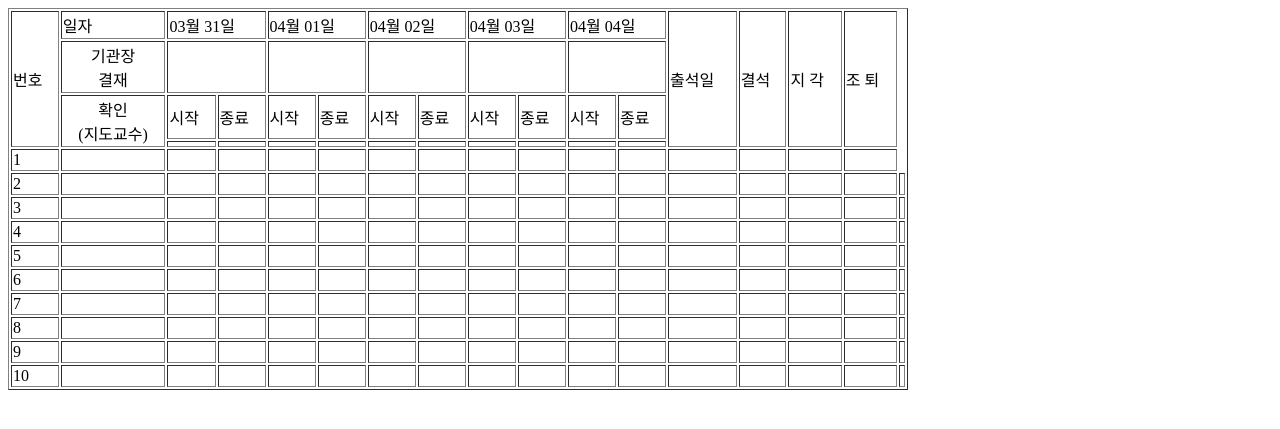
Repository: Hswwwww/WEB
Page: ClientTest/src/main/webapp/html/Q011.html
An editor plug-in stored every save of this project. The page is shown before and after the next save, followed by the edit.
The browser window is 1280 px wide. The pictures show the whole page.

Above is the page before, as saved 2024-03-13 08:30:04.

### ClientTest/src/main/webapp/html/Q011.html
<!DOCTYPE html>
<html>
<head>
<meta charset="UTF-8">
<title>Insert title here</title>
</head>
<body>
	<table border = "1" width = "900">
	<tr>
		<td rowspan = "4"> 번호</td>
		<td colspan >일자</td>
		<td colspan = "2">03월 31일</td>

		<td colspan = "2">04월 01일</td>

		<td colspan = "2">04월 02일</td>

		<td colspan = "2">04월 03일</td>

		<td colspan = "2">04월 04일</td>

		<td rowspan = "4">출석일</td>
		<td rowspan = "4">결석 </td>
		<td rowspan = "4">지 각</td>
		<td rowspan = "4">조 퇴</td>
	</tr>
		<tr>




		<td align = "center">기관장 <br> 결재 </td>
		<td colspan ="2">&nbsp;</td>
		<td colspan ="2">&nbsp;</td>
		<td colspan ="2">&nbsp;</td>
		<td colspan ="2">&nbsp;</td>
		<td colspan ="2">&nbsp;</td>

	</tr>
		<tr>



		<td rowspan = "2" align = "center">확인 <br> (지도교수) </td>
		<td>시작</td>
		<td>종료</td>
		<td>시작</td>
		<td>종료</td>
		<td>시작</td>
		<td>종료</td>
		<td>시작</td>
		<td>종료</td>
		<td>시작</td>
		<td>종료</td>
	</tr>

		<tr>





		<td></td>
		<td></td>
		<td></td>
		<td></td>
		<td></td>
		<td></td>
		<td></td>
		<td></td>
		<td></td>
		<td></td>
	</tr>
		<tr>

		<td>1</td>
		<td></td>
		<td></td>
		<td></td>
		<td></td>
		<td></td>
		<td></td>
		<td></td>
		<td></td>
		<td></td>
		<td></td>
		<td></td>
		<td></td>
		<td></td>
		<td></td>
		<td></td>
	</tr>
		<tr>
		<td>2</td>
		<td></td>
		<td></td>
		<td></td>
		<td></td>
		<td></td>
		<td></td>
		<td></td>
		<td></td>
		<td></td>
		<td></td>
		<td></td>
		<td></td>
		<td></td>
		<td></td>
		<td></td>
		<td></td>
	</tr>
		<tr>
		<td>3</td>
		<td></td>
		<td></td>
		<td></td>
		<td></td>
		<td></td>
		<td></td>
		<td></td>
		<td></td>
		<td></td>
		<td></td>
		<td></td>
		<td></td>
		<td></td>
		<td></td>
		<td></td>
		<td></td>
	</tr>
		<tr>
		<td>4</td>
		<td></td>
		<td></td>
		<td></td>
		<td></td>
		<td></td>
		<td></td>
		<td></td>
		<td></td>
		<td></td>
		<td></td>
		<td></td>
		<td></td>
		<td></td>
		<td></td>
		<td></td>
		<td></td>
	</tr>
		<tr>
		<td>5</td>
		<td></td>
		<td></td>
		<td></td>
		<td></td>
		<td></td>
		<td></td>
		<td></td>
		<td></td>
		<td></td>
		<td></td>
		<td></td>
		<td></td>
		<td></td>
		<td></td>
		<td></td>
		<td></td>
	</tr>
		<tr>
		<td>6</td>
		<td></td>
		<td></td>
		<td></td>
		<td></td>
		<td></td>
		<td></td>
		<td></td>
		<td></td>
		<td></td>
		<td></td>
		<td></td>
		<td></td>
		<td></td>
		<td></td>
		<td></td>
		<td></td>
	</tr>
		<tr>
		<td>7</td>
		<td></td>
		<td></td>
		<td></td>
		<td></td>
		<td></td>
		<td></td>
		<td></td>
		<td></td>
		<td></td>
		<td></td>
		<td></td>
		<td></td>
		<td></td>
		<td></td>
		<td></td>
		<td></td>
	</tr>
		<tr>
		<td>8</td>
		<td></td>
		<td></td>
		<td></td>
		<td></td>
		<td></td>
		<td></td>
		<td></td>
		<td></td>
		<td></td>
		<td></td>
		<td></td>
		<td></td>
		<td></td>
		<td></td>
		<td></td>
		<td></td>
	</tr>
		<tr>
		<td>9</td>
		<td></td>
		<td></td>
		<td></td>
		<td></td>
		<td></td>
		<td></td>
		<td></td>
		<td></td>
		<td></td>
		<td></td>
		<td></td>
		<td></td>
		<td></td>
		<td></td>
		<td></td>
		<td></td>
	</tr>
		<tr>
		<td>10</td>
		<td></td>
		<td></td>
		<td></td>
		<td></td>
		<td></td>
		<td></td>
		<td></td>
		<td></td>
		<td></td>
		<td></td>
		<td></td>
		<td></td>
		<td></td>
		<td></td>
		<td></td>
		<td></td>
	</tr>


	</table>
</body>
</html>

After the next save:
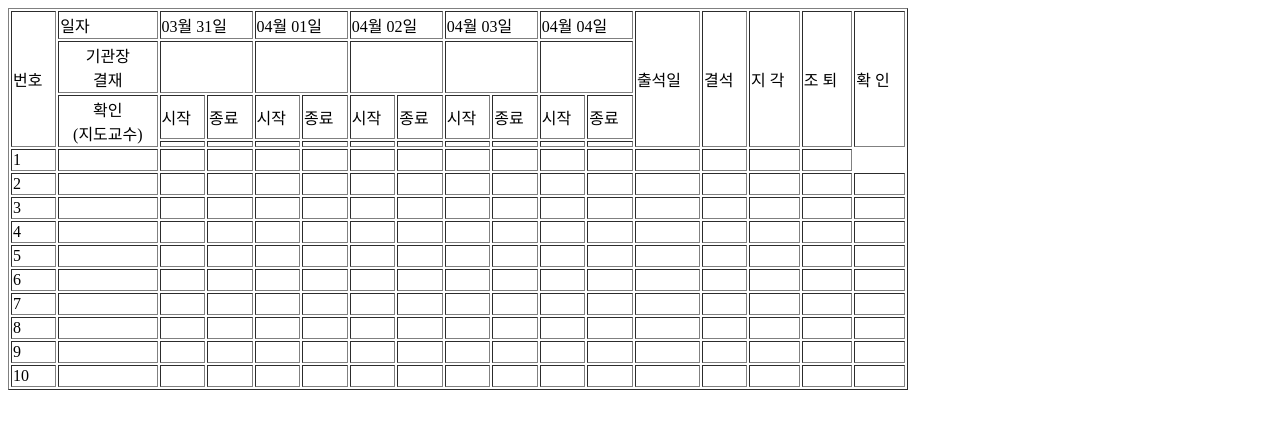
Saved 31 s later.
--- a/ClientTest/src/main/webapp/html/Q011.html
+++ b/ClientTest/src/main/webapp/html/Q011.html
@@ -23,6 +23,7 @@
 		<td rowspan = "4">결석 </td>
 		<td rowspan = "4">지 각</td>
 		<td rowspan = "4">조 퇴</td>
+		<td rowspan = "4">확 인 </td>
 	</tr>
 		<tr>
 

After the save that followed:
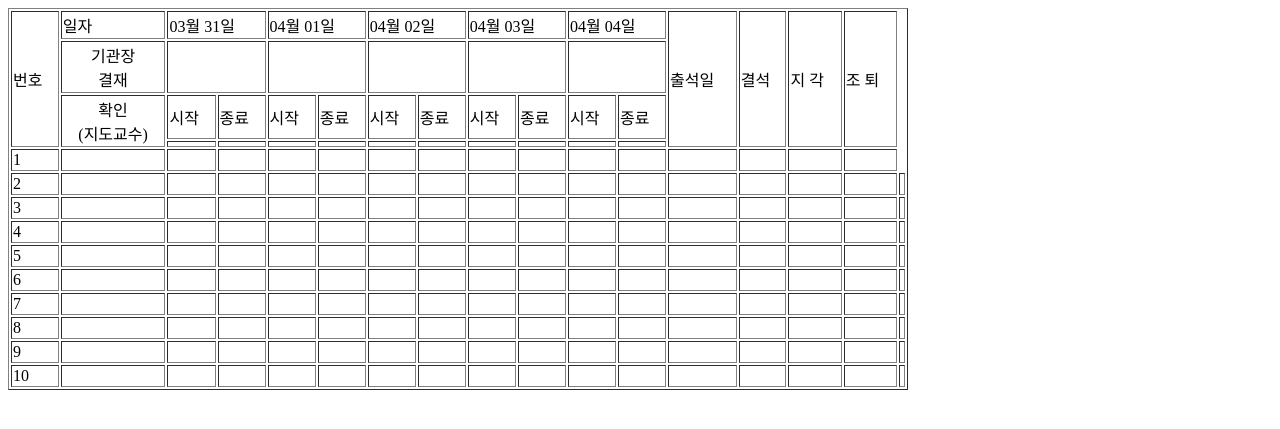
Saved 32 s later.
--- a/ClientTest/src/main/webapp/html/Q011.html
+++ b/ClientTest/src/main/webapp/html/Q011.html
@@ -9,6 +9,7 @@
 	<tr>
 		<td rowspan = "4"> 번호</td>
 		<td colspan >일자</td>
+
 		<td colspan = "2">03월 31일</td>
 
 		<td colspan = "2">04월 01일</td>
@@ -23,7 +24,6 @@
 		<td rowspan = "4">결석 </td>
 		<td rowspan = "4">지 각</td>
 		<td rowspan = "4">조 퇴</td>
-		<td rowspan = "4">확 인 </td>
 	</tr>
 		<tr>
 
